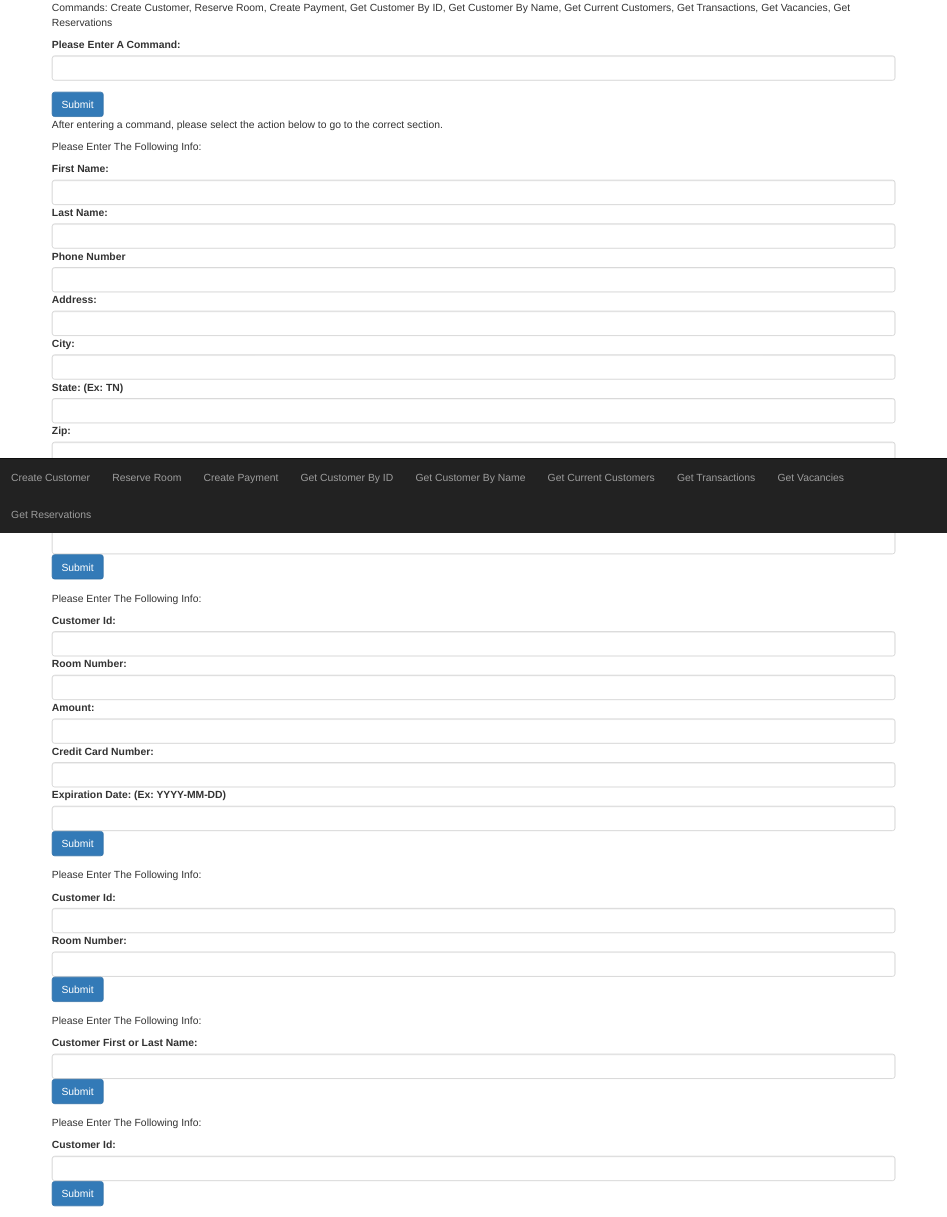
Repository: kddean/PA2
Page: Hotel Reservation System - Single Page/WebContent/HRS.html
These files come from the project's save history. The page is drawn as it stood at one moment and after the next save; the edit follows.
The browser window is 1280 px wide. The pictures show the whole page, at 74% of full size.

Above is the page before, as saved 2016-04-08 03:38:00.

### Hotel Reservation System - Single Page/WebContent/HRS.html
<!DOCTYPE html>
<html>
<head>
<!-- <meta charset="ISO-8859-1"> -->
<meta charset="utf-8">
<meta name="viewport" content="width=device-width, initial-scale=1">
<link rel="stylesheet"
	href="http://maxcdn.bootstrapcdn.com/bootstrap/3.3.6/css/bootstrap.min.css">
<script
	src="https://ajax.googleapis.com/ajax/libs/jquery/1.12.0/jquery.min.js"></script>
<script
	src="http://maxcdn.bootstrapcdn.com/bootstrap/3.3.6/js/bootstrap.min.js"></script>
<title>HRS</title>
</head>
<body>

	<nav class="navbar navbar-inverse navbar-fixed-bottom">

		<ul class="nav navbar-nav">
			<li><a href="#FindForm">Create Customer</a></li>
			<li><a href="#RoomForm">Reserve Room</a></li>
			<li><a href="#PayForm">Create Payment</a></li>
			<li><a href="#TForm">Get Customer By ID</a></li>
			<li><a href="#CForm">Get Customer By Name</a></li>
			<li><a href="#section1">Get Current Customers</a></li>
			<li><a href="TForm">Get Transactions</a></li>
			<li><a href="#section1">Get Vacancies</a></li>
			<li><a href="#section1">Get Reservations</a></li>
	</ul>
	</nav>






	<div class="container">
		<p>Commands: Create Customer, Reserve Room, Create Payment, Get
			Customer By ID, Get Customer By Name, Get Current Customers, Get
			Transactions, Get Vacancies, Get Reservations</p>
		<form name="HRSForm">
			<div class="form-group">
				<label for="cmmd">Please Enter A Command:</label> <input type="text"
					class="form-control" name="cmmd" id="cmmd">
			</div>
		</form>
	</div>
	<div class="container">
	<button id="act" class="btn btn-primary">Submit</button>
<p>After entering a command, please select the action below to go to the correct section.</p>
</div>
	<div class="container">
		<form name="FindForm" id="FindForm" >
			<div class="form-group">
				<p>Please Enter The Following Info:</p>
				<label for="first">First Name:</label><input type="text"
					class="form-control" name="first"> <label for="last">Last
					Name:</label><input type="text" class="form-control" name="last"> <label
					for="phone">Phone Number</label><input type="text"
					class="form-control" name="phone"> <label for="address">Address:</label><input
					type="text" class="form-control" name="address"> <label
					for="city">City:</label><input type="text" class="form-control"
					name="city"> <label for="state"> State: (Ex: TN)</label><input
					type="text" class="form-control" name="state"> <label
					for="zip">Zip:</label><input type="text" class="form-control"
					name="zip"> <label for="checkin">Checkin Date: (Ex:
					YYYY-MM-DD)</label><input type="text" class="form-control" name="checkin">
				<label for="checkout">Checkout Date: (Ex: YYYY-MM-DD)</label><input
					type="text" class="form-control" name="checkout">
				<button id="cusub" class="btn btn-primary">Submit</button>
			</div>
		</form>
	</div>

	<div class="container">
		<form name="PayForm" id="PayForm" >
			<div class="form-group">
				<p>Please Enter The Following Info:</p>
				<label for="cid">Customer Id:</label><input type="text"
					class="form-control" name="cid"> <label for="room">Room
					Number:</label><input type="text" class="form-control" name="room">
				<label for="amount">Amount:</label><input type="text"
					class="form-control" name="amount"> <label for="cnn">Credit
					Card Number:</label><input type="text" class="form-control" name="ccn">
				<label for="edate">Expiration Date: (Ex: YYYY-MM-DD)</label><input
					type="text" class="form-control" name="edate">
				<button id="paysub" class="btn btn-primary">Submit</button>
			</div>
		</form>
	</div>

	<div class="container">
		<form name="RoomForm" id="RoomForm" >
			<div class="form-group">
				<p>Please Enter The Following Info:</p>
				<label for="cid">Customer Id:</label><input type="text"
					class="form-control" name="cid"> <label for="room">Room
					Number:</label><input type="text" class="form-control" name="room">
				<button id="roomsub" class="btn btn-primary">Submit</button>
			</div>
		</form>
	</div>

	<div class="container">
		<form name="CForm" id="CForm" >
			<div class="form-group">
				<p>Please Enter The Following Info:</p>
				<label for="cname">Customer First or Last Name:</label><input
					type="text" class="form-control" name="cname">
				<button id="csub" class="btn btn-primary">Submit</button>
			</div>
		</form>
	</div>

	<div class="container">
		<form name="TForm" id="TForm" >
			<div class="form-group">
				<p>Please Enter The Following Info:</p>
				<label for="id">Customer Id:</label><input type="text"
					class="form-control" name="id">
				<button id="tsub" class="btn btn-primary">Submit</button>
			</div>
		</form>
	</div>
	<!-- 	<script src="HRS.js"></script> -->



	<!-- <div id="sec">
        <fieldset>
            <legend id="ajaxResponse">Result</legend>
                 <div id="ajaxResponse"></div>
        </fieldset>
    </div>  -->
	<script>
		/* $(#cusub).click(function(){
		 $.ajax({
		 url:"/Hotel_Reservation_System_-_Single_Page/HRS.html",
		 method:"POST",
		 dataType: "text/javascript",
		 success: function(data,status,xhr){
		 $("#ajaxResponse").html(data);
		 },
		 error: function(data,status,xhr){
		 $("ajaxResponse").html("Error");
		 }
		 data: name
		 }  */
	</script>


	<script
		src="https://ajax.googleapis.com/ajax/libs/jquery/1.12.0/jquery.min.js"></script>
	<script type="text/javascript"></script>
	<script>
		var mmd = $("#cmmd").val();

		$("#act").click(function() {
			$("#FindForm").show();
		})

		/* if(mmd == "Reserve Room"){
			$("#act").click(function() {
				$("RoomForm").show();
			})
		} */
		/* if(mmd == "Create Payment"){
			$("#act").click(function() {
				$("#PayForm").show();
			})
		} */
		/* if(mmd == "Get Customer By ID"){
			$("#act").click(function() {
				$("#TForm").show();
			})
		} */
		/* if(mmd == "Get Customer By Name"){
			$("#act").click(function() {
				$("#CForm").show();
			})
		} */
		/* 		if(mmd == "Get Current Customers"){
		 $("#act").click(function() {
		 alert("This function isn't functional");
		 })
		 }
		 if(mmd == "Get Transactions"){
		 $("#act").click(function() {
		 $("#TForm").show();
		 })
		 }
		 if(mmd == "Get Vacancies"){

		 }
		 if(mmd == "Get Reservations"){}
		 */
	</script>
</body>
</html>

After the next save:
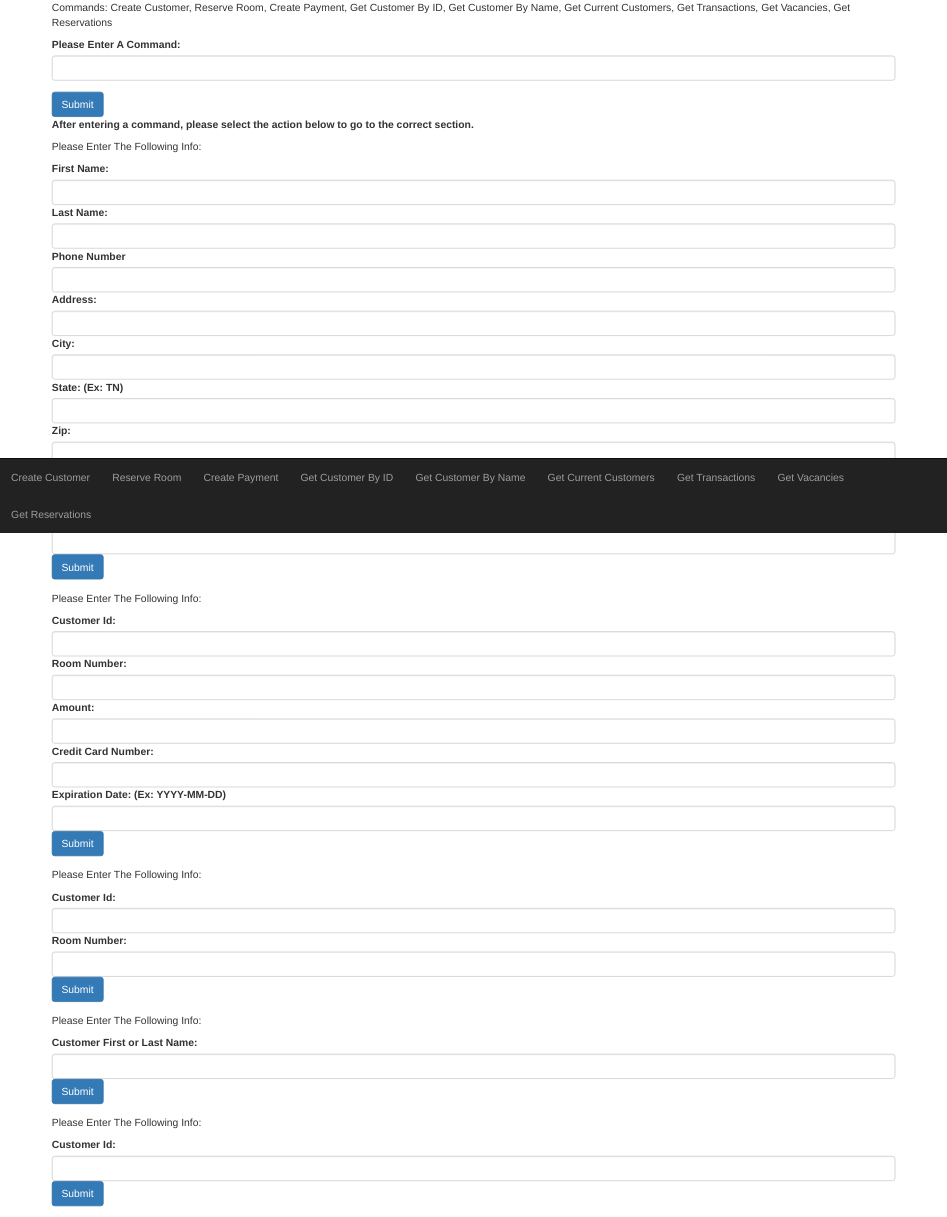
Saved 2 min 15 s later.
--- a/Hotel Reservation System - Single Page/WebContent/HRS.html
+++ b/Hotel Reservation System - Single Page/WebContent/HRS.html
@@ -47,7 +47,7 @@
 	</div>
 	<div class="container">
 	<button id="act" class="btn btn-primary">Submit</button>
-<p>After entering a command, please select the action below to go to the correct section.</p>
+<p><b>After entering a command, please select the action below to go to the correct section.</b></p>
 </div>
 	<div class="container">
 		<form name="FindForm" id="FindForm" >
